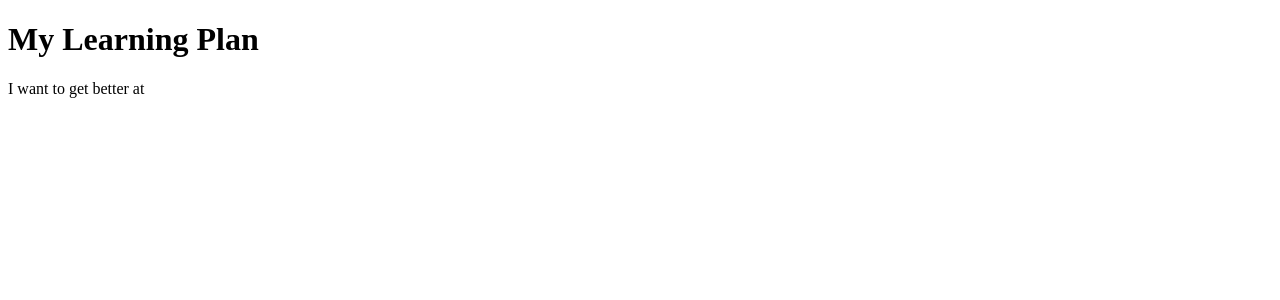
Repository: boofoo-png/mdia-2109
Page: learning-plan.html
These files come from the project's save history. The page is drawn as it stood at one moment and after a run of saves; the edit follows.
The browser window is 1280 px wide. The pictures show the whole page.

Above is the page before, as saved 2026-01-26 11:06:46.

### learning-plan.html
<!DOCTYPE html>
<html lang="en">
<head>
    <meta charset="UTF-8">
    <meta name="viewport" content="width=device-width, initial-scale=1.0">
    <title>Learning Plan</title>
</head>
<body>
    <h1>My Learning Plan</h1>
    <p>I want to get better at </p>

</body>
</html>

After the next 2 saves:
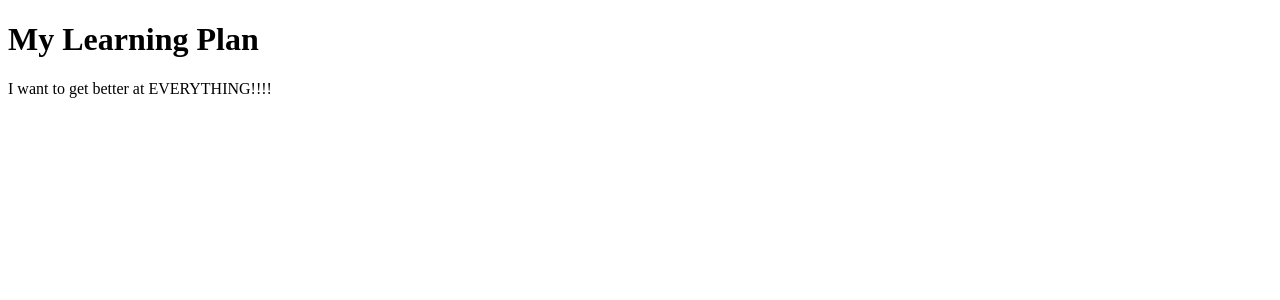
The 2 saves are shown as one change because they came seconds apart.
The last was saved 7 s later.
--- a/learning-plan.html
+++ b/learning-plan.html
@@ -1,13 +1,12 @@
-<!DOCTYPE html>
+<!doctype html>
 <html lang="en">
-<head>
-    <meta charset="UTF-8">
-    <meta name="viewport" content="width=device-width, initial-scale=1.0">
-    <title>Learning Plan</title>
-</head>
-<body>
-    <h1>My Learning Plan</h1>
-    <p>I want to get better at </p>
-
-</body>
+    <head>
+        <meta charset="UTF-8" />
+        <meta name="viewport" content="width=device-width, initial-scale=1.0" />
+        <title>Learning Plan</title>
+    </head>
+    <body>
+        <h1>My Learning Plan</h1>
+        <p>I want to get better at EVERYTHING!!!!</p>
+    </body>
 </html>
